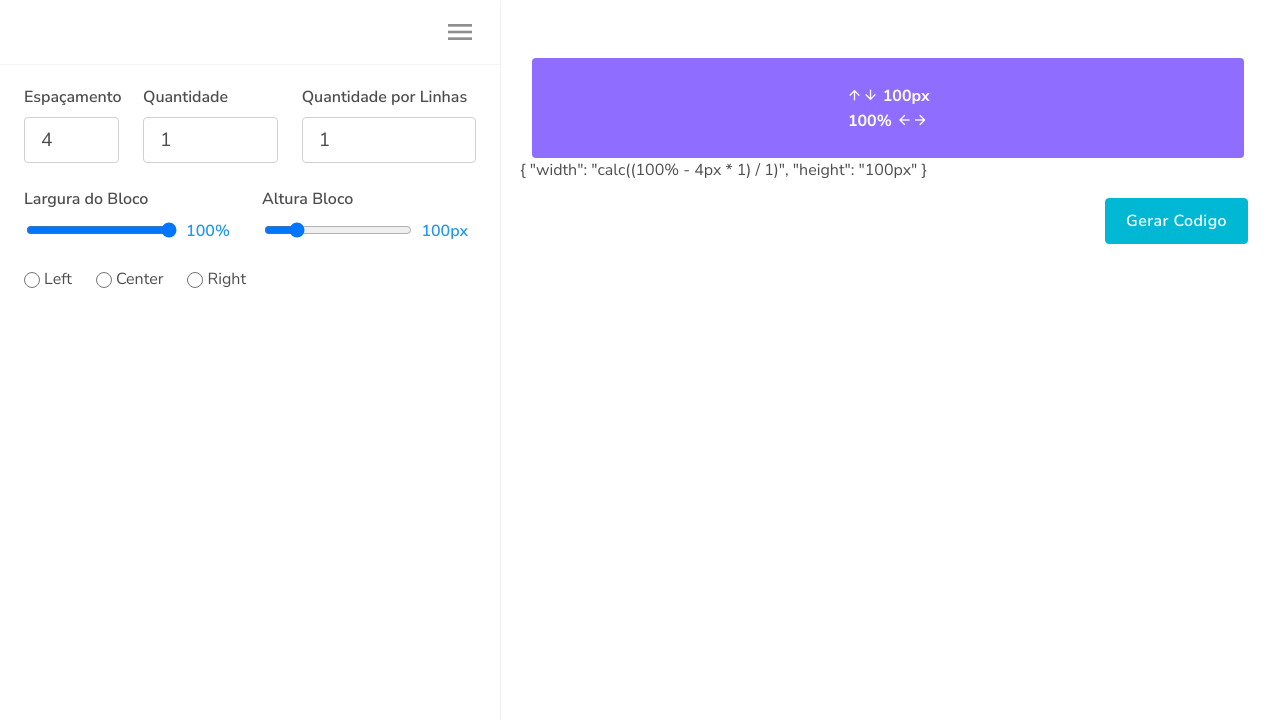
Repository: Flintdl/lowcode-elements
Page: /
The author's editor kept a copy of each file at every save. The page is drawn from the files as they stood at one save, then again after the next save.
The browser window is 1280 px wide. The pictures show the whole page.
The project was rebuilt for these pictures with package versions that can differ from the ones it lists, and the page was loaded fresh each time. Also part of the build but not shown: vue.config.js.

Above is the page before, as saved 2022-04-05 09:55:30.

### src/components/Menu/MenuTemplate.vue
<template>
  <div>
    <div
      class="ham burger-link-mobile sf-display-flex sf-display-md-none"
      @click="menu"
    >
      <i class="mdi mdi-menu sf-text-xlg sf-text-muted sf-dropdown-action"></i>
    </div>
    <nav class="sf-menu">
      <div class="sf-menu-header">
        <div
          @click="menu"
          class="hamburger-link sf-display-none sf-display-md-block"
        >
          <i
            class="mdi mdi-menu sf-text-xlg sf-text-muted sf-dropdown-action"
          ></i>
        </div>
      </div>
      <div class="sf-menu-body">
        <ul class="sf-menu-ul">
          <li class="sf-menu-li sf-px-4">
            <div class="sf-row">
              <div class="sf-col-3 sf-form-group">
                <label class="sf-label">Espaçamento</label>
                <input
                  type="number"
                  min="1"
                  max="12"
                  value="2"
                  id="inputGap"
                  v-model="inputGap"
                  class="filter-states sf-text-capitalize"
                  placeholder="Quantidade de Blocos"
                />
              </div>
              <div class="sf-col-4 sf-form-group">
                <label class="sf-label">Quantidade</label>
                <input
                  type="number"
                  value="1"
                  id="inputQuantidade"
                  v-model="inputQuantidade"
                  class="filter-states sf-text-capitalize"
                  placeholder="Quantidade de Blocos"
                />
              </div>
              <div class="sf-col-5 sf-form-group">
                <label class="sf-label">Quantidade por Linhas</label>
                <input
                  type="number"
                  min="1"
                  max="12"
                  value="1"
                  id="inputQuantidadeLinha"
                  v-model="inputQuantidadeLinha"
                  class="filter-states sf-text-capitalize"
                  placeholder="Quantidade Linha"
                />
              </div>
              <div class="sf-col-6 sf-form-group">
                <label class="sf-label">Largura do Bloco</label>
                <div class="sf-input-group">
                  <input
                    type="range"
                    min="10"
                    max="100"
                    value="10"
                    id="inputRange"
                    v-model="inputRange"
                    class="sf-px-0 sf-border-right-0 sf-border-radius-right-0 sf-text-capitalize"
                  />
                  <div
                    class="sf-input-group-append sf-display-flex sf-justify-content-center"
                  >
                    <div
                      class="sf-display-flex sf-align-items-center sf-justify-content-center sf-border-left-0 sf-border-radius sf-border-radius-left-0 sf-px-2 sf-text-info sf-font-weight-bold sf-min-60-px"
                    >
                      {{ inputRange }}%
                    </div>
                  </div>
                </div>
              </div>
              <div class="sf-col-6 sf-form-group">
                <label class="sf-label">Altura Bloco</label>
                <div class="sf-input-group">
                  <input
                    type="range"
                    min="10"
                    max="500"
                    id="valorHeight"
                    v-model="valorHeight"
                    class="sf-px-0 sf-border-right-0 sf-border-radius-right-0 sf-text-capitalize"
                  />
                  <div
                    class="sf-input-group-append sf-display-flex sf-justify-content-center"
                  >
                    <div
                      class="sf-display-flex sf-align-items-center sf-justify-content-center sf-border-left-0 sf-border-radius sf-border-radius-left-0 sf-px-2 sf-text-info sf-font-weight-bold sf-min-60-px"
                    >
                      {{ valorHeight }}px
                    </div>
                  </div>
                </div>
              </div>
              <div class="sf-col-auto sf-form-group">
                <input
                  id="left"
                  type="radio"
                  name="drone"
                  v-model="checkValue"
                  value="left"
                  checked
                />
                <label for="left"> Left</label>
              </div>

              <div class="sf-col-auto sf-form-group">
                <input
                  type="radio"
                  id="center"
                  name="drone"
                  v-model="checkValue"
                  value="center"
                />
                <label for="center"> Center</label>
              </div>

              <div class="sf-col-auto sf-form-group">
                <input
                  type="radio"
                  id="right"
                  name="drone"
                  v-model="checkValue"
                  value="right"
                />
                <label for="right"> Right</label>
              </div>
            </div>
          </li>
        </ul>
      </div>
    </nav>
    <div class="sf-content-page">
      <HomeView
        :valor="parseInt(inputRange)"
        :inputGap="parseInt(inputGap)"
        :valorHeight="parseInt(valorHeight)"
        :quantidade="parseInt(inputQuantidade)"
        :quantidadeLinha="parseInt(inputQuantidadeLinha)"
        :checkValue="checkValue"
      />
    </div>
    <div class="ga-mascara-fundo" @click="mask"></div>
  </div>
</template>

<script>
import HomeView from "@/views/HomeView.vue";
import image from "@/assets/logo-soften.webp";

export default {
  name: "MenuTemplate",
  data: function () {
    return {
      inputQuantidade: (this.inputQuantidade = 1),
      inputQuantidadeLinha: (this.inputQuantidadeLinha = 1),
      inputRange: (this.inputRange = 100),
      valorHeight: (this.valorHeight = 100),
      inputGap: (this.inputGap = 4),
      checkValue: this.checkValue,
      image: image,
    };
  },
  components: {
    HomeView,
  },
  beforeMount() {
    if (window.innerWidth >= 768) {
      if (localStorage.getItem("menu") === "fechado") {
        document.body.classList.add("menu-fechado");
      } else {
        document.body.classList.remove("menu-fechado");
      }
    }

    (function () {
      var current = window.location.pathname.split("")[0];
      if (current === "") return;
      var menuItems = document.querySelectorAll(".sf-menu-list-link");
      for (var i = 0, len = menuItems.length; i < len; i++) {
        if (menuItems[i].getAttribute("href").indexOf(current) !== -1) {
          menuItems[i].className += " active-nolink";
          menuItems[i].nextElementSibling.className += " active-nolink";
        }
      }
    })();
  },
  methods: {
    menu() {
      if (window.innerWidth >= 768) {
        document.body.classList.toggle("menu-fechado");
        if (document.body.classList.contains("menu-fechado")) {
          localStorage.setItem("menu", "fechado");
        } else {
          localStorage.removeItem("menu");
        }
      } else {
        document.body.classList.toggle("menu-mobile-aberto");
      }
    },
    mask() {
      document.body.classList.remove("menu-mobile-aberto");
    },
  },
};

// function dropdown(menu) {
//   var dropdowns = document.getElementsByClassName("sf-dropdown-menu");
//   var i;
//   for (i = 0; i < dropdowns.length; i++) {
//     var openDropdown = dropdowns[i];
//     if (openDropdown.classList.contains("show")) {
//       openDropdown.classList.remove("show");
//     }
//   }
//   document.querySelector(menu).classList.toggle("show");
// }
</script>

<style lang="scss">
@import "@/assets/scss/style.scss";
@import "@/assets/scss/standard.scss";
@import "@/assets/scss/menu.scss";
</style>

### src/assets/scss/_variables.scss
// Primarys Colors
$standardTextColor: #4d4d4d;

$primaryColor: #8e6dff;
$secondaryColor: #009997;
$buttonDisableColor: #9c9c9c;
$buttonDisableBgColor: #7676764d;

// Menu Colors

$bgMenuColor: #1d1d1d;
$linkMenuColor: #7b8089;
$iconMenuColor: #2a2a2a;
$borderMenuColor: #323232;

// Botão Colors

$btnPrimary: #00b8d4;
$btnPrimaryHover: #0085b0;

// Generics Colors

$whiteColor: #ffffff;
$mutedColor: #8f8f8f;
$cardColor: #f3f4f7;
$cardColorLight: #f9fafc;
$cardColorLightTwo: #f1f5fc;
$greyLight: #d1d1d1;

// Dropdown Colors

$dropdownHeaderColor: #5f5f5f;
$dropdownColor: #ebffff;

// State Colors

$successColor: #3dc661;
$dangerColor: #e7515a;
$warningColor: #e2a03f;
$infoColor: #2196f3;
$defaultColor: #172b4d;
$lightColor: #e0e0e0;

### src/assets/scss/standard.scss
@import "variables";

.sf-content-page {
  transition: margin-left 0.15s ease;
  margin-left: 500px;
  padding: 3.6rem 2rem;
}

input,
select {
  font-size: 1.2rem;
  font-family: "Nunito Sans", sans-serif;
  color: #4d4d4d;
  background-color: #ffffff;
  width: 100%;
  display: block;
  height: 46px;
  padding: 0 1rem;
  border-radius: 4px;
  border: 1px solid #d1d1d1;
}

input:disabled {
  background-color: $buttonDisableBgColor;
}

textarea {
  font-size: 0.875rem;
  font-family: "Nunito Sans", sans-serif;
  color: #4d4d4d;
  background-color: #ffffff;
  width: 100%;
  display: block;
  padding: 1rem;
  border-radius: 4px;
  border: 1px solid #d1d1d1;
  resize: none;
}

input[type="range"] {
  height: fit-content !important;
}

.sf-form-100 {
  width: calc(100% + 24px);
}

/* Input Radio */
.form-selectradio,
.form-selectcheckbox {
  display: flex;
}

.form-selectradiobutton,
.form-selectcheckboxbutton {
  display: inline-block;
  border-radius: 50%;
  margin: 0;
}

.form-selectradiobutton label,
.form-selectcheckboxbutton label {
  font-size: 0.875rem;
  cursor: pointer;
  display: inline-block;
  margin: 0 16px 0 8px;
  vertical-align: middle;
}

input[type="radio"],
input[type="checkbox"] {
  width: 1rem;
  height: 1rem;
  text-align: center;
  position: relative;
  border-radius: 50%;
  line-height: 16px;
  cursor: pointer;
  margin: 0;
  display: inline-block;
  vertical-align: middle;
}

input[type="checkbox"] {
  border-radius: 6px;
}

// Renderização de Consulta - Botão

.sf-action-rendered-content {
  gap: 8px;
  .sf-action-rendered-consult {
    -webkit-box-flex: 1;
    -ms-flex-positive: 1;
    flex-grow: 1;
    white-space: nowrap;
    width: auto;
    span {
      cursor: pointer;
      &:hover {
        // background-color: #27272736 !important;
        border-color: #272727 !important;
      }
      &.actived {
        // background-color: #00b8d436 !important;
        border-color: #00b8d4 !important;
        font-weight: 700;
      }
    }
  }
}

// Renderização de Consulta - Botão

// Conteúdo socio resultado

.sf-card-socio-content {
  gap: 12px;
  .sf-card-socio {
    width: 100%;
    &.actived {
      div {
        background-color: #1fbdd538;
        border-color: #00b8d4 !important;
        color: #0395ac;
      }
    }
    &:hover {
      div {
        border-color: #00b8d4 !important;
        color: #0395ac;
        cursor: pointer;
      }
    }
  }
}
// Conteúdo socio resultado

// Conteúdo contato resultado

.sf-contact-business-content {
  gap: 12px;
  &.sf-business-overflow {
    ::-webkit-scrollbar {
      background: #e0e0e0;
      height: 4px;
      width: 6px;
    }

    ::-webkit-scrollbar-thumb {
      background: #bebebe;
    }
    ::-webkit-scrollbar-track {
      background-color: #e0e0e0;
    }
    ul {
      max-height: 392px;
      overflow-y: auto;
    }
  }
  .sf-contact-content-list {
    width: 100%;
    &.content-list-segments {
      height: fit-content;
      div {
        background-color: #f5f5f5;
        width: 100%;
      }
      &.actived {
        div {
          background-color: #1fbdd538;
          border-color: #00b8d4 !important;
          color: #0395ac;
        }
      }
      &:hover {
        div {
          border-color: #00b8d4 !important;
          color: #0395ac;
          cursor: pointer;
        }
      }
    }
  }
  &.sf-content-grid {
    .sf-contact-content-list {
      flex: initial;
    }
  }
}

.information-list-business {
  .information-list-business-li {
    span {
      width: 100%;
    }
    &:nth-child(odd) {
      background-color: #79797936;
    }
  }
}

.autocomplete-items {
  position: absolute;
  border: 1px solid #d4d4d4;
  margin: 12px 12px 0;
  border-radius: 4px;
  max-height: 210px;
  overflow-y: auto;
  z-index: 99;
  top: 100%;
  left: 0;
  right: 0;
}

.autocomplete-items div {
  padding: 10px;
  cursor: pointer;
  background-color: #fff;
  border-bottom: 1px solid #d4d4d4;
  &:last-child {
    border-bottom: 0;
  }
}

.autocomplete-items div:hover {
  background-color: #e9e9e9;
}

.autocomplete-active {
  background-color: DodgerBlue !important;
  color: #ffffff;
}

@media (min-width: 731px) {
  .sf-contact-business-content {
    .sf-contact-content-list {
      width: calc(50% - 12px);
    }
    &.sf-content-grid {
      .sf-contact-content-list {
        width: calc(50% - 12px);
      }
    }
  }
  .sf-card-socio-content {
    .sf-card-socio {
      width: calc(50% - 12px);
    }
  }
}

@media (min-width: 960px) {
  .sf-contact-business-content {
    .sf-contact-content-list {
      width: calc((100% - 24px) / 3);
    }
    &.sf-content-grid {
      .sf-contact-content-list {
        width: calc((100% - 24px) / 3);
      }
    }
  }
  .sf-card-socio-content {
    .sf-card-socio {
      width: calc((100% - 24px) / 3);
    }
  }
}
@media (min-width: 1200px) {
  .sf-contact-business-content {
    .sf-contact-content-list {
      width: calc((100% - 24px) / 3);
    }
    &.sf-content-grid {
      .sf-contact-content-list {
        width: calc(100% / 4);
      }
    }
  }
  .sf-card-socio-content {
    .sf-card-socio {
      width: calc((100% - 36px) / 4);
    }
  }
}

// Conteúdo contato resultado

.sf-loading-animation {
  z-index: 999999;
  // display: none;
  height: 100px;
  width: 100px;
}

.sf-loading-input {
  height: 100%;
  width: 40px;
}

// Error Style

.sf-error-svg {
  font-size: 3rem;
  font-family: Impact, Haettenschweiler, "Arial Narrow Bold", sans-serif;
}
/*////////////////////v animation//////////////////*/
.text1 {
  fill: none;
  stroke-linejoin: round;
  stroke-dasharray: 1160;
  stroke-dashoffset: 0;
}
.text1:nth-child(3n) {
  fill: #272727;
}

.text1:nth-child(3n + 2) {
  fill: #e7515a;
}

.text2 {
  fill: #2196f3;
}
// Mesagem Box

.mensagem-box {
  position: fixed;
  overflow: hidden;
  z-index: 997;
  right: 30px;
  bottom: 30px;
}

.mensagem {
  margin-bottom: 12px;
  border-radius: 4px;
  padding: 16px 32px;
  font-size: 1rem;
  color: #fff;
  z-index: 998;
}

.mensagem:last-child {
  margin-bottom: 0;
}

.mensagem.success {
  background-color: $successColor;
}

.mensagem.error {
  background-color: $dangerColor;
}

.mensagem.warning {
  background-color: $warningColor;
}

// Mesagem Box

// Error Style

.sf-modal {
  background-color: #000;
  position: fixed;
  z-index: -1;
  display: none;
  height: 100%;
  width: 100%;
  opacity: 0;
  left: 0;
  top: 0;
  &.actived {
    background-color: gray;
    display: block;
    z-index: 9999;
    opacity: 0.8;
  }
}

### src/views/HomeView.vue
<template>
  <div>
    <div class="sf-row">
      <div
        id="sf-preview-code-content"
        class="sf-col-12 sf-mx-auto sf-position-relative"
      >
        <!-- <div class="sf-display-flex sf-flex-wrap sf-width-100">
          <div
            id="sf-grid-template"
            class="sf-grid sf-position-relative"
            :style="{
              width: cssProps.width,
              height: String(valorHeight) + 'px',
              left: inputGap / 2 + 'px',
            }"
            v-bind:key="n"
            v-for="n of quantidade"
          ></div>
        </div> -->
        <div id="sf-preview-code">
          <div
            :style="gapProps"
            class="sf-display-flex sf-flex-wrap sf-width-100"
          >
            <DivGrid
              v-bind:key="n"
              v-for="n of quantidade"
              :tamanho="String(valor)"
              :altura="String(valorHeight)"
              class="sf-position-relative"
              :width="cssProps"
            />
          </div>
        </div>
      </div>
      {{ cssProps }}
      <div class="sf-col-12 sf-mt-3 sf-display-flex sf-justify-content-end">
        <button class="sf-btn sf-btn-primary" @click="gerarCodigo">
          Gerar Codigo
        </button>
      </div>
    </div>
    <div class="sf-row" v-if="htmlPreviewCode">
      <div class="sf-col-12 sf-mx-auto sf-mt-5 sf-code-content">
        <div class="sf-bg-code sf-p-4 sf-border-radius">
          <code>
            <span class="sf-text-info">Código do Preview</span> <br />
            {{ htmlPreviewCode }}
          </code>
        </div>
      </div>
    </div>
  </div>
</template>

<script>
// @ is an alias to /src

import DivGrid from "@/components/templates/DivGrid.vue";

export default {
  name: "HomeView",
  data: function () {
    return {
      htmlPreviewCode: null,
    };
  },
  components: {
    DivGrid,
  },
  props: {
    valor: Number,
    inputGap: Number,
    quantidade: Number,
    valorHeight: Number,
    quantidadeLinha: Number,
    checkValue: String,
  },
  computed: {
    cssProps() {
      return {
        width: `calc((${this.valor}% - ${this.inputGap}px * ${this.quantidade}) / ${this.quantidadeLinha})`,
        height: this.valorHeight + "px",
      };
    },
    gapProps() {
      return {
        gap: this.inputGap + "px",
        "justify-content": this.checkValue,
      };
    },
  },
  methods: {
    gerarCodigo() {
      this.htmlPreviewCode =
        document.getElementById("sf-preview-code").innerHTML;
    },
  },
};
</script>

<style>
#sf-grid-template:after {
  content: "";
  width: 100%;
  height: 150%;
  top: -25%;
  background-color: #ff008c0a;
  border: 1px solid rgba(255, 0, 140, 0.103);
  border-left: 2px solid #ff008c38;
  border-right: 2px solid #ff008c38;
  position: absolute;
}
</style>

### src/components/templates/DivGrid.vue
<template>
  <div
    class="sf-bg-primary sf-position-relative sf-border-radius sf-overflow-hidden"
    :style="width"
  >
    <span
      class="sf-position-absolute sf-centerAbsolute-xy sf-text-white sf-font-weight-extra-bold sf-text-center"
      :style="tamanho"
    >
      <i
        class="mdi mdi-arrow-up sf-text-md sf-text-white sf-dropdown-action"
      ></i>
      <i
        class="mdi mdi-arrow-down sf-text-md sf-text-white sf-dropdown-action"
      ></i>
      {{ altura }}px <br />

      {{ tamanho }}%
      <i
        class="mdi mdi-arrow-left sf-text-md sf-text-white sf-dropdown-action"
      ></i>
      <i
        class="mdi mdi-arrow-right sf-text-md sf-text-white sf-dropdown-action"
      ></i>
    </span>
  </div>
</template>

<script>
export default {
  props: {
    width: Object,
    tamanho: String,
    altura: String,
  },
};
</script>

<style></style>

Loaded but not shown: public/index.html (common file); src/main.js (common file); src/App.vue (common file); src/registerServiceWorker.js (common file); src/router/index.js (common file); src/assets/scss/materialdesignicons.scss (9 lines, source omitted); src/assets/scss/style.scss (4087 lines, source omitted); src/assets/scss/menu.scss (396 lines, source omitted)

After the next save:
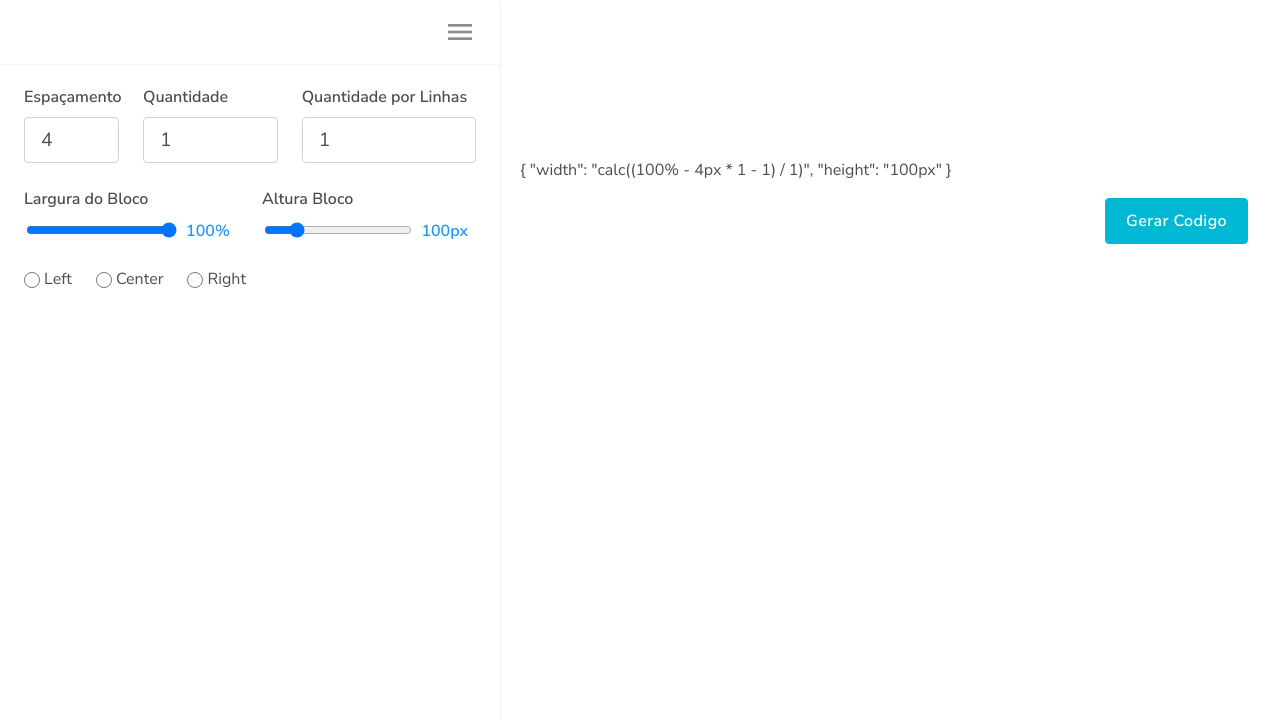
Saved 16 s later.
--- a/src/views/HomeView.vue
+++ b/src/views/HomeView.vue
@@ -80,7 +80,7 @@
   computed: {
     cssProps() {
       return {
-        width: `calc((${this.valor}% - ${this.inputGap}px * ${this.quantidade}) / ${this.quantidadeLinha})`,
+        width: `calc((${this.valor}% - ${this.inputGap}px * ${this.quantidade} - 1) / ${this.quantidadeLinha})`,
         height: this.valorHeight + "px",
       };
     },

After the save that followed:
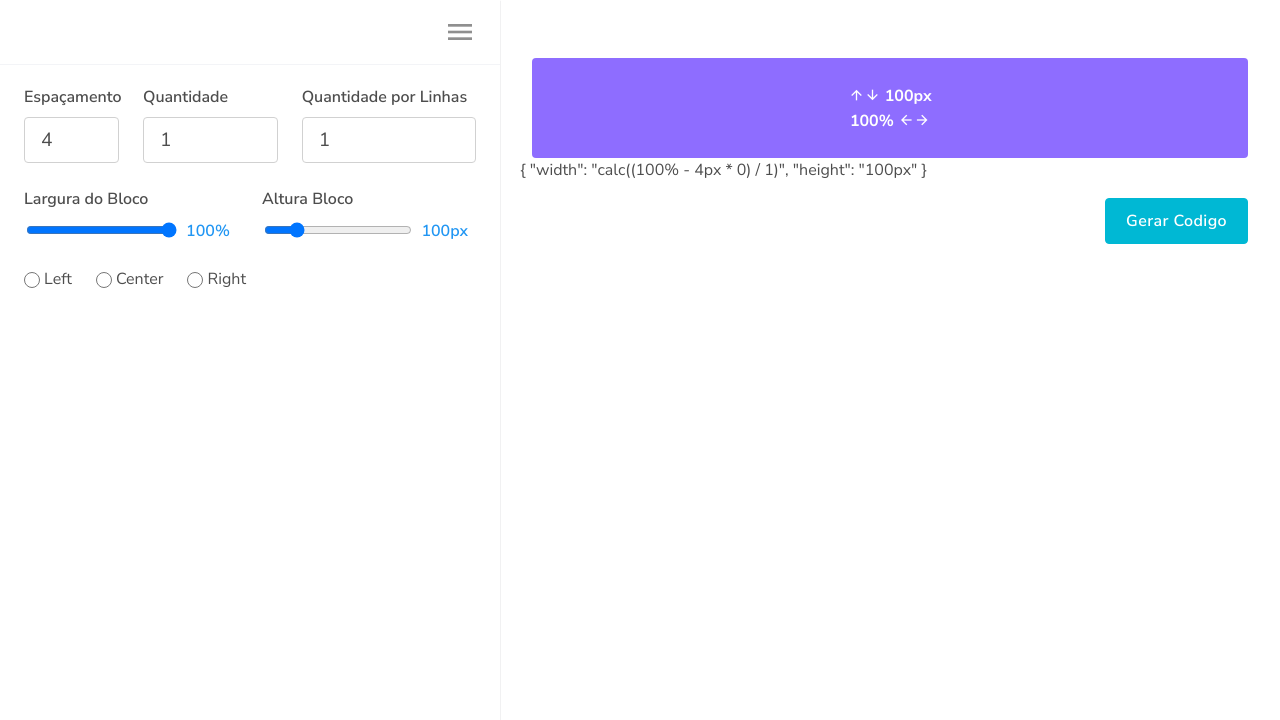
Saved 6 s later.
--- a/src/views/HomeView.vue
+++ b/src/views/HomeView.vue
@@ -80,7 +80,9 @@
   computed: {
     cssProps() {
       return {
-        width: `calc((${this.valor}% - ${this.inputGap}px * ${this.quantidade} - 1) / ${this.quantidadeLinha})`,
+        width: `calc((${this.valor}% - ${this.inputGap}px * ${
+          this.quantidade - 1
+        }) / ${this.quantidadeLinha})`,
         height: this.valorHeight + "px",
       };
     },
